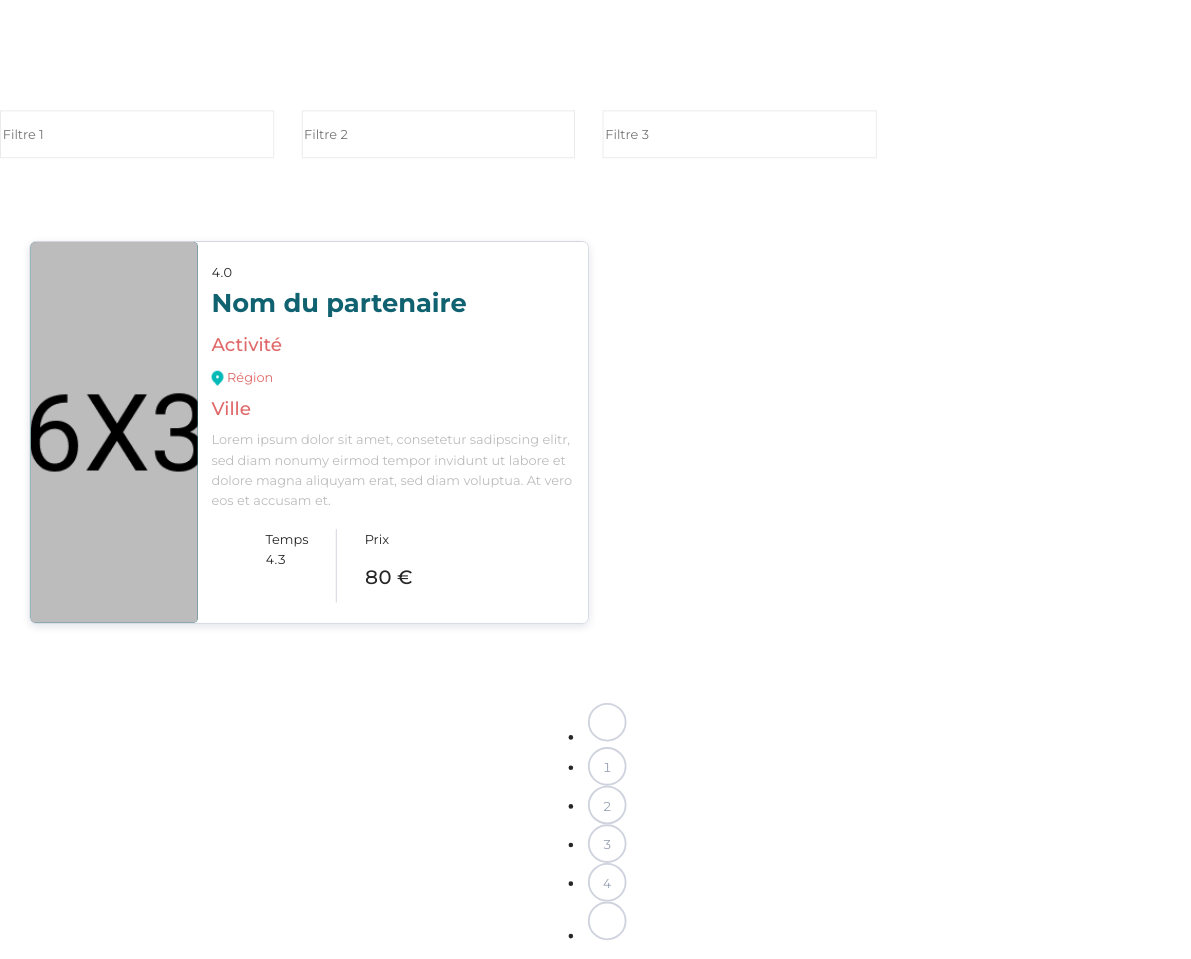
Repository: Emerson1220/projet-neofeel-lacapsule
Page: /roadPlanner (app in reactapp/)
These files come from the project's save history. The page is drawn as it stood at one moment and after the next save; the edit follows.
The browser window is 1280 px wide. The page is 1295 px wide, so the pictures cover 1295 px, including what lies to the right of the window. The pictures show the whole page, at 92% of full size.
The project was rebuilt for these pictures with package versions that can differ from the ones it lists, and the page was loaded fresh each time. Also part of the build but not shown: reactapp/src/components/Nav.js, reactapp/src/components/RedButton.js, reactapp/src/styles/map.css, reactapp/src/components/SearchModal.js, reactapp/src/screens/ScreenHome.js.

Above is the page before, as saved 2021-05-18 15:35:13.

### reactapp/src/App.js
import './App.css';

import ScreenRoadPlanner from './screens/ScreenRoadPlanner';

import { BrowserRouter as Router, Switch, Route } from 'react-router-dom';
import ScreenHome from './screens/ScreenHome';
import SearchModal from './components/SearchModal';
function App() {
  return (



    // <SearchPage></SearchPage>
      <Router>
        <Switch>
          <Route component={ScreenHome} path="/" exact />
          <Route component={ScreenRoadPlanner} path="/roadPlanner"  />
          {/* <Route component={ScreenConnexion} path="/connexion"  />
          <Route component={ScreenSearch} path="/recherche"  />
          <Route component={ScreenInfo} path="/info"  />
          <Route component={ScreenPartner} path="/partenaire"  />
          <Route component={ScreenRoadPlanner} path="/roadPlanner"  />
          <Route component={ScreenTrips} path="/voyages"  />
          <Route component={ScreenProfil} path="/profil"  />
          <Route component={ScreenBasket} path="/panier"  />
          <Route component={ScreenSuggestion} path="/suggestion"  /> */}
          <Route component={SearchModal} path="/searchpage"  />
        </Switch>
      </Router>

  );
}

export default App;

### reactapp/src/App.css
@import '~antd/dist/antd.css';
@import url('https://fonts.googleapis.com/css2?family=Montserrat:ital,wght@0,200;0,300;0,400;0,500;0,600;0,700;1,400;1,600&display=swap');

* {
  font-family: 'Montserrat', sans-serif;
}

.App {
  text-align: center;
}

.App-logo {
  height: 40vmin;
  pointer-events: none;
}

@media (prefers-reduced-motion: no-preference) {
  .App-logo {
    animation: App-logo-spin infinite 20s linear;
  }
}

.App-header {
  background-color: #282c34;
  min-height: 100vh;
  display: flex;
  flex-direction: column;
  align-items: center;
  justify-content: center;
  font-size: calc(10px + 2vmin);
  color: white;
}

.App-link {
  color: #61dafb;
}

@keyframes App-logo-spin {
  from {
    transform: rotate(0deg);
  }
  to {
    transform: rotate(360deg);
  }
}
/* CSS NAVBAR _______________________*/



.h1-montserrat {
  width: auto; /* 366px */
  height: auto; /* 58px */
  overflow: visible;
  white-space: pre;
  letter-spacing: 0px;
  line-height: 1.2;
  color: #106271;
  font-weight: 700;
  font-family: "Inter-Bold", "Inter", sans-serif;
  font-size: 48px;
}

.devenezPartenaireButton{

background-color: #e06868;
overflow: visible;
  white-space: pre;
  letter-spacing: 0px;
line-height: 1.2;
  color: #ffffff;
  font-weight: 700;
  font-family: "Inter-Bold", "Inter", sans-serif;
width: 150px;
height: 50px;
left: 971px;
top: 40px;
border-radius: 5px;
}

.listNav{
  color: #106271;
  margin: 0px 0px;
}

### reactapp/src/screens/ScreenRoadPlanner.js
import React from 'react';
import '../App.css';
import { Button } from 'antd';
import { Link } from 'react-router-dom';
import Nav from '../components/Nav'

function ScreenRoadPlanner() {

    return (	<div style={{ paddingTop:'120px' }}>

                <div style={ styles.container }>

                    <div style={ styles.row }>

                        <div style={ styles.col_xl_9 }>
                            <div style={{ marginBottom:'40px' }}> {/* Filters */}

                                <div style={ styles.row }>
                                    <div style={ styles.col_xl_3 }>
                                        <label style={ styles.single_input_wrap }>
                                            <i style={ styles.icons_la }/>
                                            <input style={ styles.single_input_wrap_input } type="text" placeholder="Filtre 1" />
                                        </label>
                                    </div>

                                    <div style={ styles.col_xl_3 }>
                                        <label style={ styles.single_input_wrap }>
                                            <i style={ styles.icons_la }/>
                                            <input style={ styles.single_input_wrap_input } type="text" placeholder="Filtre 2" />
                                        </label>
                                    </div>

                                    <div style={ styles.col_xl_3 }>
                                        <label style={ styles.single_input_wrap }>
                                            <i style={ styles.icons_la }/>
                                            <input style={ styles.single_input_wrap_input } type="text" placeholder="Filtre 3" />
                                        </label>
                                    </div>
                                </div>
                            </div> {/* End -> ButtonFilters */}

                            <div style={ styles.experiences_list_area }> {/* Container -> Card expérience */}
                                <div style={ styles.single_destinations}> {/* Card expérience */}
                                    <div style={ styles.image_card }>
                                        <img style={ styles.image }src="images/photo-526x360.png" alt="list" />
                                    </div>
                                    <div style={ styles.detail_card }>
                                        <div>
                                            <i style={ styles.icons_fa_1  }/>
                                            <i style={ styles.icons_fa_1 } />
                                            <i style={ styles.icons_fa_1  } />
                                            <i style={ styles.icons_fa_1  } />
                                            <i style={ styles.icons_fa_2  } />
                                            <span>4.0</span>
                                        </div>

                                        <div>
                                            <h3><Link style={ styles.h3 } to="/">Nom du partenaire</Link></h3>
                                            <h3><Link style={ styles.h4 } to="/">Activité</Link></h3>
                                        </div>

                                        <p style={{ color: '#e06868', marginBottom: '8px'}}><img style={{ marginRight: '4px'}} src="images/icone-geo.png" alt="map" />Région</p>
                                        <h4 ><Link style={ styles.h4 }  to="/">Ville</Link></h4>
                                        <p style={ styles.card_content } >Lorem ipsum dolor sit amet, consetetur sadipscing elitr, sed diam nonumy eirmod tempor invidunt ut labore et dolore magna aliquyam erat, sed diam voluptua. At vero eos et accusam et.</p>

                                        <div style={ styles.liste_price }>
                                            <ul style={ styles.liste_price_content, styles.liste_price_li }>
                                                <li><i style={ styles.icons_fa }/> Temps</li>
                                                <li><i style={ styles.icons_fa }/> 4.3</li>
                                            </ul>
                                            <div style={ styles.liste_price_item }>
                                                <p>Prix</p>
                                                <h2>80 <span>€</span></h2>
                                            </div>
                                        </div>
                                    </div>
                                </div> {/* End -> Card expérience */}
                            </div> {/* End -> Container -> Card expérience */}


                            <div style={ styles.text_align_center}> {/* Pagination */}
                                <div style={ Object.assign(styles.display_inline, styles.pagination) }>
                                    <ul>
                                        <li><a style={ styles.pagination_li } href="#"><i    /></a></li>
                                        <li><a style={ styles.pagination_li } href="#">1</a></li>
                                        <li><a style={ styles.pagination_li } href="#">2</a></li>
                                        <li><a style={ styles.pagination_li } href="#">3</a></li>
                                        <li><a style={ styles.pagination_li } href="#">4</a></li>
                                        <li><a style={ styles.pagination_li } href="#"><i /></a></li>
                                    </ul>
                                </div>
                            </div>{/* End -> Pagination */}
                        </div>
                    </div>
                </div>
            </div>
    )
};

let styles = {

    // CSS - ARCHITECTURE//

    container: {
        width: '100%',
        paddingright: '15px',
        paddingleft: '15px',
        marginright: 'auto',
        marginleft: 'auto',
    },

    row:{
        display: 'flex',
        flexWrap: 'wrap',
        marginRight: '-15px',
        marginLeft: '-15px',
    },

    col_xl_9:{
        position: 'relative',
        // flex: '0 0 75%',
        // maxWidth: '75%',
        width: '100%',
        minHeight: '1px',
        paddingRight: '15px',
        paddingLeft: '15px',
        },

    col_xl_3:{
        position: 'relative',
        flex: '0 0 25%',
        maxWidth: '25%',
        width: '100%',
        minHeight: '1px',
        paddingRight: '15px',
        paddingLeft: '15px',
        },

    single_input_wrap:{
        position: 'relative',
        width: '100%',
        marginBottom: '18px',
        display: 'inline-block',
    },

    single_input_wrap_input:{
        background: '#ffffff',
        border: '1px solid #EAEAEA',
        height: '52px',
        width: '100%',
    },

    display_inline:{
        display: 'inline-flex',
    },

    text_align_center:{
        textAlign:'center',
    },

    // CSS - ICONS //

    icons_la:{
        display: 'inline-block',
        position: 'absolute',
        top: '17px',
        left: '20px',
        color: '#CFD3DE',
        font: 'normal normal normal 16px/1 LineAwesome',
        fontSize: 'inherit',
        textDecoration: 'inherit',
        textRendering: 'optimizeLegibility',
        textTransform: 'none',
    },

    icons_fa_1:{
        display: 'inline-block',
        font: 'normal normal normal 14px/1 FontAwesome',
        fontSize: 'inherit',
        textRendering: 'auto',
        color: '#f3941e',
    },

    icons_fa_2:{
        display: 'inline-block',
        font: 'normal normal normal 14px/1 FontAwesome',
        fontSize: 'inherit',
        textRendering: 'auto',
        color: '#d4d4d4',
    },

    // CARD - TITLE//

    h3:{
        fontWeight:'bold',
        fontSize: '28px',
        color: '#106271',
        textDecoration: 'none',
    },

    h4:{
        fontSize: '20px',
        color: '#e06868',
        textDecoration: 'none',
    },

    // CARD - CSS //

    experiences_list_area:{
        display: 'grid',
        gridTemplateColumns: 'repeat(2, 1fr)',
        boxSizing: 'border-box',
        outline: 'none',
        // width:'60%',
        padding: '2rem',

    },

    single_destinations:{
        display: 'flex',
        flexWrap: 'wrap',
        margin: '0 0 30px 0',
        border: '1px solid #CFD3DE',
        boxShadow: '0px 3px 9px #071c551f',
        borderRadius: '7px',
        position: 'relative',
        overflow: 'hidden',
    },

    image_card:{
        position: 'relative',
        background: '#106271',
        overflow: 'hidden',
        flex: '0 0 30%',
        backgroundSize: 'cover',
        backgroundRepeat: 'no-repeat',
        backgroundPosition: 'center center',
        minHeight: '200px',
        borderRadius: '5px',
    },

    image:{
        width: '100%',
        height: '100%',
        objectFit: 'cover',
        objectPosition: 'center center',
        borderRadius: '5px',
    },

    detail_card:{
        flex: '0 0 70%',
        padding: '22px 15px',
        background: '#ffffff',
    },

    card_content:{
        marginBottom: '15px',
        color: '#bcbcbc',
        hyphens: 'auto',
    },

    liste_price:{
        marginTop: '20px',
        display: 'flex',
        boxSizing: 'border-box',
        outline: 'none',
    },

    liste_price_li:{
        margin: '0 10px',
        fontSize: '14px',
        listStyle: 'none',
        display: 'inline-block',
    },


    liste_price_content:{
        float: 'left',
        marginTop: '20px',
        margin: '0',
        padding: '0',
        display: 'inline-block',
    },

    icons_fa:{
        display: 'inline-block',
        font: 'normal normal normal 14px/1 FontAwesome',
        fontSize: 'inherit',
        textRendering: 'auto',
        color: '#01B9B7',
        marginRight: '5px',
    },

    liste_price_item:{
        paddingLeft: '30px',
        marginLeft: '20px',
        borderLeft: '1px solid #CFD3DE',
        paddingTop: '0',
    },

    // PAGINATION - CSS //

    pagination:{
        display: 'inline-block',
        textAlign: 'center',
        marginTop: '1.5rem',
    },

    pagination_li:{
        lineHeight: '43px',
        border: '2px solid #CFD3DE',
        borderRadius: '50%',
        textAlign: 'center',
        display: 'inline-block',
        color: '#97A1B3',
        width: '42px',
        height: '42px',
        lineHeight: '40px',
        margin: '0 5px',
    },






    }


export default ScreenRoadPlanner;

Loaded but not shown: reactapp/public/index.html (common file); reactapp/src/index.js (common file); reactapp/src/index.css (common file); reactapp/src/reportWebVitals.js (common file)

After the next save:
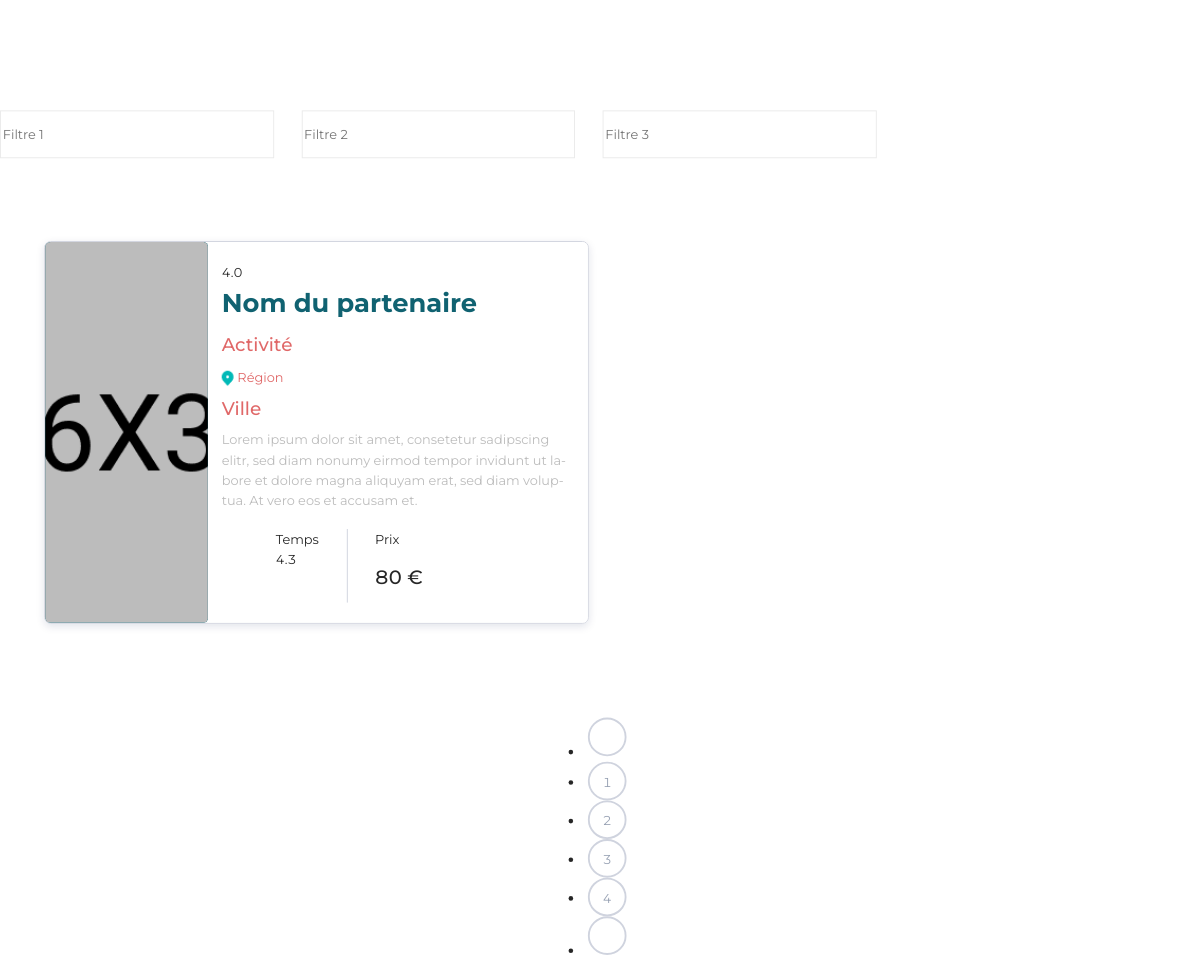
Saved 77 s later.
--- a/reactapp/src/screens/ScreenRoadPlanner.js
+++ b/reactapp/src/screens/ScreenRoadPlanner.js
@@ -213,6 +213,7 @@ let styles = {
         outline: 'none',
         // width:'60%',
         padding: '2rem',
+        margin: '1rem',
 
     },
 
